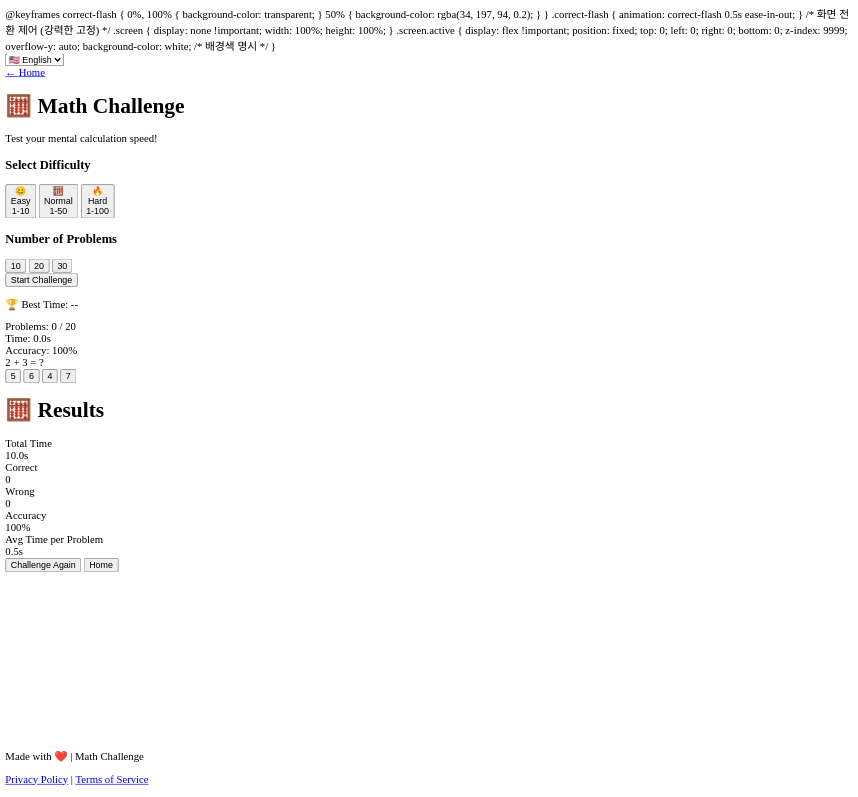
Repository: Lcmind/withjocoding
Page: math-challenge.html
The author's editor kept a copy of each file at every save. The page is drawn from the files as they stood at one save, then again after the next save.
The browser window is 1280 px wide. The pictures show the whole page, at 67% of full size.

Above is the page before, as saved 2026-01-13 20:13:07.

After the next save:
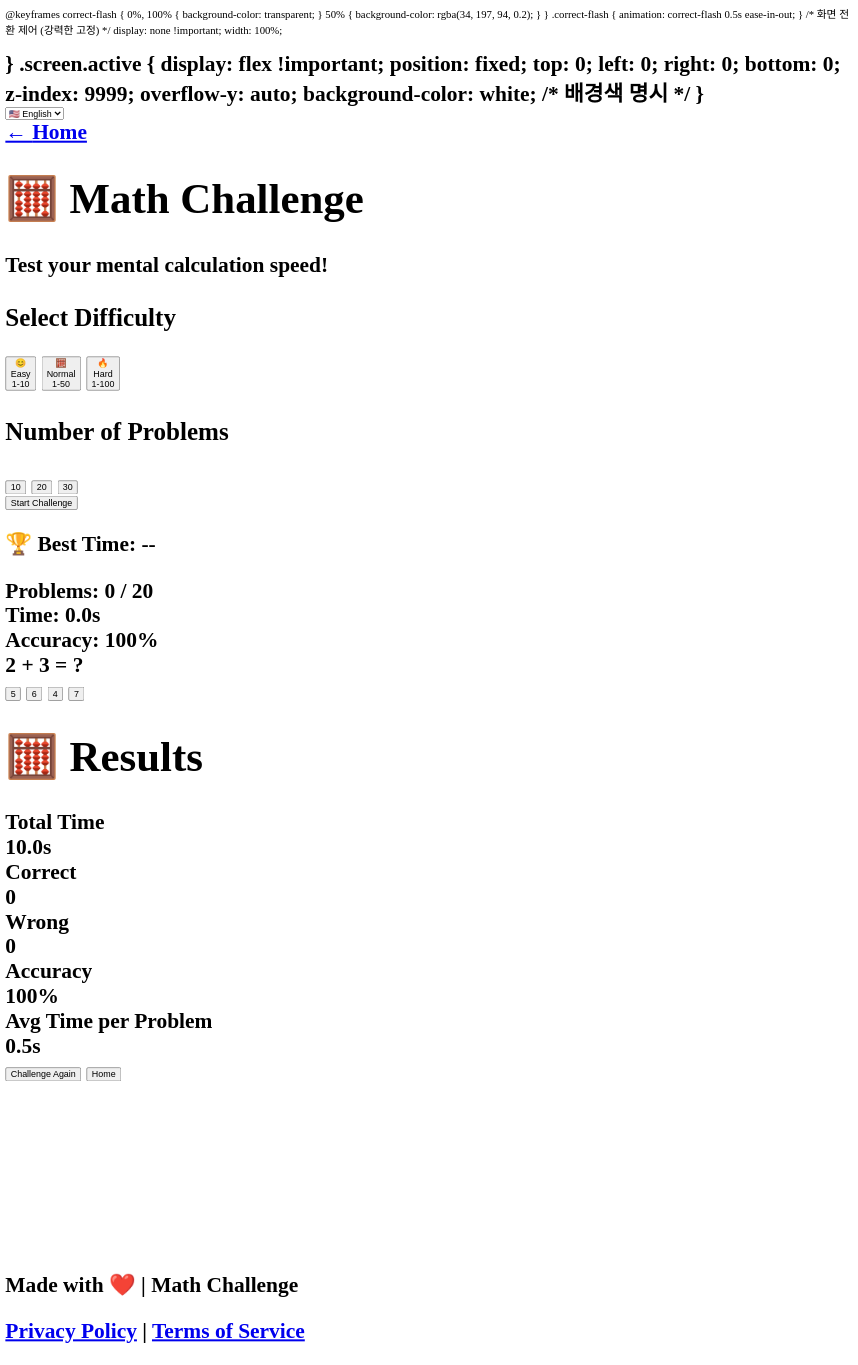
Saved 14 s later.
--- a/math-challenge.html
+++ b/math-challenge.html
@@ -26,10 +26,10 @@
       animation: correct-flash 0.5s ease-in-out;
     }
     /* 화면 전환 제어 (강력한 고정) */
-    .screen {
+    <head>
       display: none !important;
       width: 100%;
-      height: 100%;
+          <h1 class="text-4xl md:text-5xl font-bold text-center text-primary mb-4">
     }
     .screen.active {
       display: flex !important;
